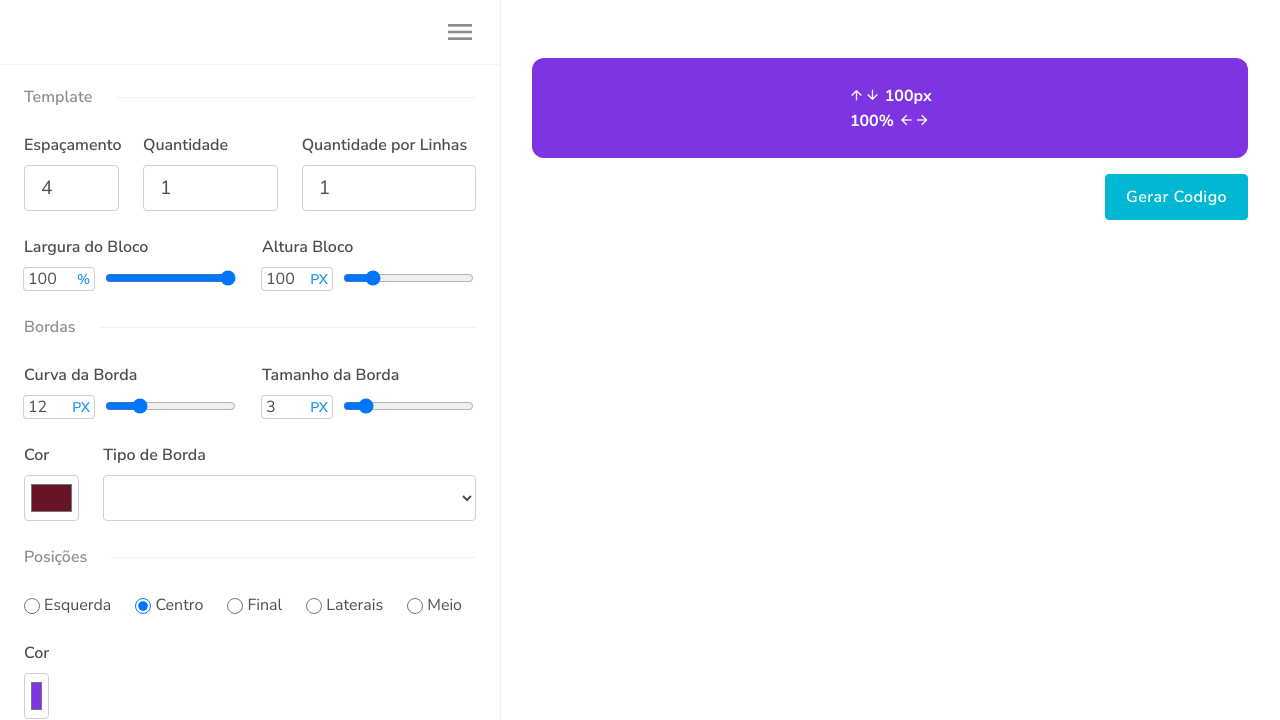
Repository: Flintdl/lowcode-elements
Page: /
An editor plug-in stored every save of this project. The page is shown before and after the next save, followed by the edit.
The browser window is 1280 px wide. The pictures show the whole page.
The project was rebuilt for these pictures with package versions that can differ from the ones it lists, and the page was loaded fresh each time. Also part of the build but not shown: vue.config.js.

Above is the page before, as saved 2022-04-05 15:44:29.

### src/assets/scss/_variables.scss
// Primarys Colors
$standardTextColor: #4d4d4d;

$primaryColor: #8e6dff;
$secondaryColor: #009997;
$buttonDisableColor: #9c9c9c;
$buttonDisableBgColor: #7676764d;

// Menu Colors

$bgMenuColor: #1d1d1d;
$linkMenuColor: #7b8089;
$iconMenuColor: #2a2a2a;
$borderMenuColor: #323232;

// Botão Colors

$btnPrimary: #00b8d4;
$btnPrimaryHover: #0085b0;

// Generics Colors

$whiteColor: #ffffff;
$mutedColor: #8f8f8f;
$cardColor: #f3f4f7;
$cardColorLight: #f9fafc;
$cardColorLightTwo: #f1f5fc;
$greyLight: #d1d1d1;

// Dropdown Colors

$dropdownHeaderColor: #5f5f5f;
$dropdownColor: #ebffff;

// State Colors

$successColor: #3dc661;
$dangerColor: #e7515a;
$warningColor: #e2a03f;
$infoColor: #2196f3;
$defaultColor: #172b4d;
$lightColor: #e0e0e0;

### src/assets/scss/standard.scss
@import "variables";

.sf-content-page {
  transition: margin-left 0.15s ease;
  margin-left: 500px;
  padding: 3.6rem 2rem;
}

input,
select {
  font-size: 1.2rem;
  font-family: "Nunito Sans", sans-serif;
  color: #4d4d4d;
  background-color: #ffffff;
  width: 100%;
  display: block;
  height: 46px;
  padding: 0 1rem;
  border-radius: 4px;
  border: 1px solid #d1d1d1;
}

input:disabled {
  background-color: $buttonDisableBgColor;
}

textarea {
  font-size: 0.875rem;
  font-family: "Nunito Sans", sans-serif;
  color: #4d4d4d;
  background-color: #ffffff;
  width: 100%;
  display: block;
  padding: 1rem;
  border-radius: 4px;
  border: 1px solid #d1d1d1;
  resize: none;
}

input[type="range"] {
  height: fit-content !important;
}

.sf-form-100 {
  width: calc(100% + 24px);
}

/* Input Radio */
.form-selectradio,
.form-selectcheckbox {
  display: flex;
}

.form-selectradiobutton,
.form-selectcheckboxbutton {
  display: inline-block;
  border-radius: 50%;
  margin: 0;
}

.form-selectradiobutton label,
.form-selectcheckboxbutton label {
  font-size: 0.875rem;
  cursor: pointer;
  display: inline-block;
  margin: 0 16px 0 8px;
  vertical-align: middle;
}

input[type="radio"],
input[type="checkbox"] {
  width: 1rem;
  height: 1rem;
  text-align: center;
  position: relative;
  border-radius: 50%;
  line-height: 16px;
  cursor: pointer;
  margin: 0;
  display: inline-block;
  vertical-align: middle;
}

input[type="checkbox"] {
  border-radius: 6px;
}

// Renderização de Consulta - Botão

.sf-action-rendered-content {
  gap: 8px;
  .sf-action-rendered-consult {
    -webkit-box-flex: 1;
    -ms-flex-positive: 1;
    flex-grow: 1;
    white-space: nowrap;
    width: auto;
    span {
      cursor: pointer;
      &:hover {
        // background-color: #27272736 !important;
        border-color: #272727 !important;
      }
      &.actived {
        // background-color: #00b8d436 !important;
        border-color: #00b8d4 !important;
        font-weight: 700;
      }
    }
  }
}

// Renderização de Consulta - Botão

// Conteúdo socio resultado

.sf-card-socio-content {
  gap: 12px;
  .sf-card-socio {
    width: 100%;
    &.actived {
      div {
        background-color: #1fbdd538;
        border-color: #00b8d4 !important;
        color: #0395ac;
      }
    }
    &:hover {
      div {
        border-color: #00b8d4 !important;
        color: #0395ac;
        cursor: pointer;
      }
    }
  }
}
// Conteúdo socio resultado

// Conteúdo contato resultado

.sf-contact-business-content {
  gap: 12px;
  &.sf-business-overflow {
    ::-webkit-scrollbar {
      background: #e0e0e0;
      height: 4px;
      width: 6px;
    }

    ::-webkit-scrollbar-thumb {
      background: #bebebe;
    }
    ::-webkit-scrollbar-track {
      background-color: #e0e0e0;
    }
    ul {
      max-height: 392px;
      overflow-y: auto;
    }
  }
  .sf-contact-content-list {
    width: 100%;
    &.content-list-segments {
      height: fit-content;
      div {
        background-color: #f5f5f5;
        width: 100%;
      }
      &.actived {
        div {
          background-color: #1fbdd538;
          border-color: #00b8d4 !important;
          color: #0395ac;
        }
      }
      &:hover {
        div {
          border-color: #00b8d4 !important;
          color: #0395ac;
          cursor: pointer;
        }
      }
    }
  }
  &.sf-content-grid {
    .sf-contact-content-list {
      flex: initial;
    }
  }
}

.information-list-business {
  .information-list-business-li {
    span {
      width: 100%;
    }
    &:nth-child(odd) {
      background-color: #79797936;
    }
  }
}

.autocomplete-items {
  position: absolute;
  border: 1px solid #d4d4d4;
  margin: 12px 12px 0;
  border-radius: 4px;
  max-height: 210px;
  overflow-y: auto;
  z-index: 99;
  top: 100%;
  left: 0;
  right: 0;
}

.autocomplete-items div {
  padding: 10px;
  cursor: pointer;
  background-color: #fff;
  border-bottom: 1px solid #d4d4d4;
  &:last-child {
    border-bottom: 0;
  }
}

.autocomplete-items div:hover {
  background-color: #e9e9e9;
}

.autocomplete-active {
  background-color: DodgerBlue !important;
  color: #ffffff;
}

@media (min-width: 731px) {
  .sf-contact-business-content {
    .sf-contact-content-list {
      width: calc(50% - 12px);
    }
    &.sf-content-grid {
      .sf-contact-content-list {
        width: calc(50% - 12px);
      }
    }
  }
  .sf-card-socio-content {
    .sf-card-socio {
      width: calc(50% - 12px);
    }
  }
}

@media (min-width: 960px) {
  .sf-contact-business-content {
    .sf-contact-content-list {
      width: calc((100% - 24px) / 3);
    }
    &.sf-content-grid {
      .sf-contact-content-list {
        width: calc((100% - 24px) / 3);
      }
    }
  }
  .sf-card-socio-content {
    .sf-card-socio {
      width: calc((100% - 24px) / 3);
    }
  }
}
@media (min-width: 1200px) {
  .sf-contact-business-content {
    .sf-contact-content-list {
      width: calc((100% - 24px) / 3);
    }
    &.sf-content-grid {
      .sf-contact-content-list {
        width: calc(100% / 4);
      }
    }
  }
  .sf-card-socio-content {
    .sf-card-socio {
      width: calc((100% - 36px) / 4);
    }
  }
}

// Conteúdo contato resultado

.sf-loading-animation {
  z-index: 999999;
  // display: none;
  height: 100px;
  width: 100px;
}

.sf-loading-input {
  height: 100%;
  width: 40px;
}

// Error Style

.sf-error-svg {
  font-size: 3rem;
  font-family: Impact, Haettenschweiler, "Arial Narrow Bold", sans-serif;
}
/*////////////////////v animation//////////////////*/
.text1 {
  fill: none;
  stroke-linejoin: round;
  stroke-dasharray: 1160;
  stroke-dashoffset: 0;
}
.text1:nth-child(3n) {
  fill: #272727;
}

.text1:nth-child(3n + 2) {
  fill: #e7515a;
}

.text2 {
  fill: #2196f3;
}
// Mesagem Box

.mensagem-box {
  position: fixed;
  overflow: hidden;
  z-index: 997;
  right: 30px;
  bottom: 30px;
}

.mensagem {
  margin-bottom: 12px;
  border-radius: 4px;
  padding: 16px 32px;
  font-size: 1rem;
  color: #fff;
  z-index: 998;
}

.mensagem:last-child {
  margin-bottom: 0;
}

.mensagem.success {
  background-color: $successColor;
}

.mensagem.error {
  background-color: $dangerColor;
}

.mensagem.warning {
  background-color: $warningColor;
}

// Mesagem Box

// Error Style

.sf-modal {
  background-color: #000;
  position: fixed;
  z-index: -1;
  display: none;
  height: 100%;
  width: 100%;
  opacity: 0;
  left: 0;
  top: 0;
  &.actived {
    background-color: gray;
    display: block;
    z-index: 9999;
    opacity: 0.8;
  }
}

### src/views/HomeView.vue
<template>
  <div>
    <div class="sf-row">
      <div
        id="sf-preview-code-content"
        class="sf-col-12 sf-mx-auto sf-position-relative"
      >
        <!-- <div class="sf-display-flex sf-flex-wrap sf-width-100">
          <div
            id="sf-grid-template"
            class="sf-grid sf-position-relative"
            :style="{
              width: cssProps.width,
              height: String(valorHeight) + 'px',
              left: inputGap / 2 + 'px',
            }"
            v-bind:key="n"
            v-for="n of quantidade"
          ></div>
        </div> -->
        <div id="sf-preview-code">
          <div
            :style="gapProps"
            :class="[
              'sf-display-flex sf-flex-wrap sf-width-100',
              'sf-justify-content-' + checkValue,
            ]"
          >
            <DivGrid
              v-bind:key="n"
              v-for="n of quantidade"
              :tamanho="String(valor)"
              :altura="String(valorHeight)"
              :cssDefinido="cssProps"
              class="sf-position-relative"
            />
          </div>
        </div>
      </div>
      <div class="sf-col-12 sf-mt-3 sf-display-flex sf-justify-content-end">
        <button class="sf-btn sf-btn-primary" @click="gerarCodigo">
          Gerar Codigo
        </button>
      </div>
    </div>
    <div class="sf-row" v-if="htmlPreviewCode">
      <div class="sf-col-12 sf-mx-auto sf-mt-5 sf-code-content">
        <div class="sf-bg-code sf-p-4 sf-border-radius">
          <code>
            <span class="sf-text-info">Código do Preview</span> <br />
            {{ htmlPreviewCode }}
          </code>
        </div>
      </div>
    </div>
  </div>
</template>

<script>
// @ is an alias to /src

import DivGrid from "@/components/templates/DivGrid.vue";

export default {
  name: "HomeView",
  data: function () {
    return {
      htmlPreviewCode: null,
    };
  },
  components: {
    DivGrid,
  },
  props: {
    valor: String,
    inputGap: String,
    quantidade: Number,
    valorHeight: String,
    quantidadeLinha: String,
    inputBorderRadius: String,
    checkValue: String,
    inputColor: String,
    inputBorder: String,
    inputBorderColor: String,
    inputBorderTipo: String,
  },
  computed: {
    cssProps() {
      return {
        width: `calc((${this.valor}% - ${this.inputGap}px * ${
          this.quantidadeLinha - "1"
        }) / ${this.quantidadeLinha})`,
        height: this.valorHeight + "px",
        "border-radius": this.inputBorderRadius + "px",
        "background-color": this.inputColor,
        border:
          this.inputBorder +
          "px" +
          " " +
          this.inputBorderTipo +
          " " +
          this.inputBorderColor,
      };
    },
    gapProps() {
      return {
        gap: this.inputGap + "px",
      };
    },
  },
  methods: {
    gerarCodigo() {
      this.htmlPreviewCode =
        document.getElementById("sf-preview-code").innerHTML;
    },
  },
};
</script>

<style>
#sf-grid-template:after {
  content: "";
  width: 100%;
  height: 150%;
  top: -25%;
  background-color: #ff008c0a;
  border: 1px solid rgba(255, 0, 140, 0.103);
  border-left: 2px solid #ff008c38;
  border-right: 2px solid #ff008c38;
  position: absolute;
}
</style>

### src/components/templates/InputGapTemplate.vue
<template>
  <div class="sf-col-3 sf-form-group">
    <label class="sf-label">Espaçamento</label>
    <input
      type="number"
      min="1"
      max="12"
      value="2"
      id="inputGap"
      v-model="valor"
      class="filter-states sf-text-capitalize"
      placeholder="Quantidade de Blocos"
    />
  </div>
</template>

<script>
export default {
  props: {
    valorInput: String,
  },
  computed: {
    valor: {
      get() {
        var inp = this.valorInput;
        return inp;
      },
      set(valorInput) {
        this.$emit("callback", valorInput);
      },
    },
  },
};
</script>

<style></style>

### src/components/templates/InputQuantidadeTemplate.vue
<template>
  <div class="sf-col-4 sf-form-group">
    <label class="sf-label">Quantidade</label>
    <input
      type="number"
      value="1"
      id="inputQuantidade"
      v-model="valor"
      class="filter-states sf-text-capitalize"
      placeholder="Quantidade de Blocos"
    />
  </div>
</template>

<script>
export default {
  props: {
    valorInput: String,
  },
  computed: {
    valor: {
      get() {
        var inp = this.valorInput;
        return inp;
      },
      set(valorInput) {
        this.$emit("callback", valorInput);
      },
    },
  },
};
</script>

<style></style>

### src/components/templates/InputQuantLinhasTemplate.vue
<template>
  <div class="sf-col-5 sf-form-group">
    <label class="sf-label">Quantidade por Linhas</label>
    <input
      type="number"
      min="1"
      max="12"
      value="1"
      id="inputQuantidadeLinha"
      v-model="valor"
      class="filter-states sf-text-capitalize"
      placeholder="Quantidade Linha"
    />
  </div>
</template>

<script>
export default {
  props: {
    valorInput: String,
  },
  computed: {
    valor: {
      get() {
        var inp = this.valorInput;
        return inp;
      },
      set(valorInput) {
        this.$emit("callback", valorInput);
      },
    },
  },
};
</script>

<style></style>

### src/components/templates/InputLarguraBloco.vue
<template>
  <div class="sf-col-6 sf-form-group">
    <label class="sf-label">Largura do Bloco</label>
    <div class="sf-input-group">
      <div
        class="sf-input-group-append sf-display-flex sf-justify-content-center"
      >
        <div
          class="sf-display-flex sf-align-items-center sf-justify-content-center sf-border-left-0 sf-border-radius sf-border-radius-left-0 sf-pr-2 sf-text-info sf-font-weight-bold sf-min-80-px"
        >
          <div class="sf-input-group">
            <input
              type="number"
              value="1"
              min="1"
              max="100"
              v-model="valor"
              class="sf-text-md sf-height-fit-content sf-pr-0 sf-pl-1 sf-border-right-0 sf-border-radius-right-0 sf-text-capitalize"
              placeholder="Curva da Borda"
            />
            <div
              class="sf-input-group-append sf-display-flex sf-justify-content-center"
            >
              <div
                class="sf-display-flex sf-align-items-center sf-border sf-justify-content-center sf-border-left-0 sf-border-radius sf-border-radius-left-0 sf-pr-1 sf-text-info sf-font-weight-bold sf-text-sm"
              >
                %
              </div>
            </div>
          </div>
        </div>
      </div>
      <input
        type="range"
        min="10"
        max="100"
        value="10"
        id="inputRange"
        v-model="valor"
        class="sf-px-0 sf-border-right-0 sf-border-radius-right-0 sf-text-capitalize"
      />
    </div>
  </div>
</template>

<script>
export default {
  props: {
    valorInput: String,
  },
  computed: {
    valor: {
      get() {
        var inp = this.valorInput;
        return inp;
      },
      set(valorInput) {
        this.$emit("callback", valorInput);
      },
    },
  },
};
</script>

<style></style>

### src/components/templates/InputAlturaBloco.vue
<template>
  <div class="sf-col-6 sf-form-group">
    <label class="sf-label">Altura Bloco</label>
    <div class="sf-input-group">
      <div
        class="sf-input-group-append sf-display-flex sf-justify-content-center"
      >
        <div
          class="sf-display-flex sf-align-items-center sf-justify-content-center sf-border-left-0 sf-border-radius sf-border-radius-left-0 sf-pr-2 sf-text-info sf-font-weight-bold sf-min-80-px"
        >
          <div class="sf-input-group">
            <input
              type="number"
              value="1"
              min="1"
              max="500"
              v-model="valor"
              class="sf-text-md sf-height-fit-content sf-pr-0 sf-pl-1 sf-border-right-0 sf-border-radius-right-0 sf-text-capitalize"
              placeholder="Curva da Borda"
            />
            <div
              class="sf-input-group-append sf-display-flex sf-justify-content-center"
            >
              <div
                class="sf-display-flex sf-align-items-center sf-border sf-justify-content-center sf-border-left-0 sf-border-radius sf-border-radius-left-0 sf-pr-1 sf-text-info sf-font-weight-bold sf-text-sm"
              >
                PX
              </div>
            </div>
          </div>
        </div>
      </div>
      <input
        type="range"
        min="10"
        max="500"
        id="valorHeight"
        v-model="valor"
        class="sf-px-0 sf-border-right-0 sf-border-radius-right-0 sf-text-capitalize"
      />
    </div>
  </div>
</template>

<script>
export default {
  props: {
    valorInput: String,
  },
  computed: {
    valor: {
      get() {
        var inp = this.valorInput;
        return inp;
      },
      set(valorInput) {
        this.$emit("callback", valorInput);
      },
    },
  },
};
</script>

<style></style>

### src/components/templates/InputBorderRadiusBloco.vue
<template>
  <div class="sf-col-6 sf-form-group">
    <label class="sf-label">Curva da Borda</label>
    <div class="sf-input-group">
      <div
        class="sf-input-group-append sf-display-flex sf-justify-content-center"
      >
        <div
          class="sf-display-flex sf-align-items-center sf-justify-content-center sf-border-left-0 sf-border-radius sf-border-radius-left-0 sf-pr-2 sf-text-info sf-font-weight-bold sf-min-80-px"
        >
          <div class="sf-input-group">
            <input
              type="number"
              value="1"
              min="1"
              max="50"
              v-model="valor"
              class="sf-text-md sf-height-fit-content sf-pr-0 sf-pl-1 sf-border-right-0 sf-border-radius-right-0 sf-text-capitalize"
              placeholder="Curva da Borda"
            />
            <div
              class="sf-input-group-append sf-display-flex sf-justify-content-center"
            >
              <div
                class="sf-display-flex sf-align-items-center sf-border sf-justify-content-center sf-border-left-0 sf-border-radius sf-border-radius-left-0 sf-pr-1 sf-text-info sf-font-weight-bold sf-text-sm"
              >
                PX
              </div>
            </div>
          </div>
        </div>
      </div>
      <input
        type="range"
        value="1"
        min="1"
        max="50"
        id="inputBorderRadius"
        v-model="valor"
        class="sf-px-0 sf-border-right-0 sf-border-radius-right-0 sf-text-capitalize"
        placeholder="Curva da Borda"
      />
    </div>
  </div>
</template>

<script>
export default {
  props: {
    valorInput: String,
  },
  computed: {
    valor: {
      get() {
        var inp = this.valorInput;
        return inp;
      },
      set(valorInput) {
        this.$emit("callback", valorInput);
      },
    },
  },
};
</script>

<style></style>

### src/components/templates/InputBorderBloco.vue
<template>
  <div class="sf-col-6 sf-form-group">
    <label class="sf-label">Tamanho da Borda</label>
    <div class="sf-input-group">
      <div
        class="sf-input-group-append sf-display-flex sf-justify-content-center"
      >
        <div
          class="sf-display-flex sf-align-items-center sf-justify-content-center sf-border-left-0 sf-border-radius sf-border-radius-left-0 sf-pr-2 sf-text-info sf-font-weight-bold sf-min-80-px"
        >
          <div class="sf-input-group">
            <input
              type="number"
              value="1"
              min="1"
              max="50"
              v-model="valor"
              class="sf-text-md sf-height-fit-content sf-pr-0 sf-pl-1 sf-border-right-0 sf-border-radius-right-0 sf-text-capitalize"
              placeholder="Curva da Borda"
            />
            <div
              class="sf-input-group-append sf-display-flex sf-justify-content-center"
            >
              <div
                class="sf-display-flex sf-align-items-center sf-border sf-justify-content-center sf-border-left-0 sf-border-radius sf-border-radius-left-0 sf-pr-1 sf-text-info sf-font-weight-bold sf-text-sm"
              >
                PX
              </div>
            </div>
          </div>
        </div>
      </div>
      <input
        type="range"
        value="1"
        min="0"
        max="24"
        id="inputBorder"
        v-model="valor"
        class="sf-px-0 sf-border-right-0 sf-border-radius-right-0 sf-text-capitalize"
        placeholder="Curva da Borda"
      />
    </div>
  </div>
</template>

<script>
export default {
  props: {
    valorInput: String,
  },
  computed: {
    valor: {
      get() {
        var inp = this.valorInput;
        return inp;
      },
      set(valorInput) {
        this.$emit("callback", valorInput);
      },
    },
  },
};
</script>

<style></style>

### src/components/templates/InputPosicaoBloco.vue
<template>
  <div class="sf-row">
    <div class="sf-col-12 sf-form-group">
      <span
        class="sf-text-md sf-font-weight-bold sf-text-muted sf-display-flex sf-align-items-center"
      >
        Posições
        <hr class="sf-width-100 sf-ml-4" />
      </span>
    </div>
    <div class="sf-col-auto sf-form-group">
      <input
        id="start"
        type="radio"
        name="positionDivs"
        v-model="valor"
        value="start"
        checked
      />
      <label for="start"> Esquerda</label>
    </div>

    <div class="sf-col-auto sf-form-group">
      <input
        type="radio"
        id="center"
        name="positionDivs"
        v-model="valor"
        value="center"
      />
      <label for="center"> Centro</label>
    </div>

    <div class="sf-col-auto sf-form-group">
      <input
        type="radio"
        id="end"
        name="positionDivs"
        v-model="valor"
        value="end"
      />
      <label for="end"> Final</label>
    </div>
    <div class="sf-col-auto sf-form-group">
      <input
        type="radio"
        id="between"
        name="positionDivs"
        v-model="valor"
        value="between"
      />
      <label for="between"> Laterais</label>
    </div>
    <div class="sf-col-auto sf-form-group">
      <input
        type="radio"
        id="around"
        name="positionDivs"
        v-model="valor"
        value="around"
      />
      <label for="around"> Meio</label>
    </div>
  </div>
</template>

<script>
export default {
  props: {
    valorInput: String,
  },
  computed: {
    valor: {
      get() {
        var inp = this.valorInput;
        return inp;
      },
      set(valorInput) {
        this.$emit("callback", valorInput);
      },
    },
  },
};
</script>

<style></style>

### src/components/templates/InputBorderCorBloco.vue
<template>
  <div class="sf-col sf-form-group">
    <label class="sf-label">Cor</label>
    <input
      type="color"
      id="inputBorderColor"
      v-model="valor"
      class="sf-p-1 sf-text-capitalize"
      placeholder="Quantidade de Blocos"
    />
  </div>
</template>

<script>
export default {
  props: {
    valorInput: String,
  },
  computed: {
    valor: {
      get() {
        var inp = this.valorInput;
        return inp;
      },
      set(valorInput) {
        this.$emit("callback", valorInput);
      },
    },
  },
};
</script>

<style></style>

### src/components/templates/InputBorderTipoBloco.vue
<template>
  <div class="sf-col-10 sf-form-group">
    <label class="sf-label">Tipo de Borda</label>
    <select
      id="inputBorderTipo"
      v-model="control"
      :items="items"
      item-text="label"
      item-value="value"
      @change="onSelectType"
      class="sf-text-capitalize"
    >
      <option v-bind:key="item.value" :value="item.id" v-for="item of items">
        {{ item.value }}
      </option>
    </select>
  </div>
</template>

<script>
export default {
  props: {
    valorInput: String,
  },
  data: () => {
    return {
      items: [
        { label: "Solid", value: "solid" },
        { label: "Dashed", value: "dashed" },
      ],
    };
  },
  computed: {
    control: {
      get() {
        var inp = this.valorInput;
        return inp;
      },
      set(valorInput) {
        this.$emit("callback", valorInput);
      },
    },
  },
  methods: {
    onSelectType(event) {
      this.$emit("change", event);
    },
  },
};
</script>

<style></style>

### src/components/templates/DivGrid.vue
<template>
  <div class="sf-position-relative sf-overflow-hidden" :style="cssDefinido">
    <span
      class="sf-position-absolute sf-centerAbsolute-xy sf-text-white sf-font-weight-extra-bold sf-text-center"
      :style="tamanho"
    >
      <i
        class="mdi mdi-arrow-up sf-text-md sf-text-white sf-dropdown-action"
      ></i>
      <i
        class="mdi mdi-arrow-down sf-text-md sf-text-white sf-dropdown-action"
      ></i>
      {{ altura }}px <br />

      {{ tamanho }}%
      <i
        class="mdi mdi-arrow-left sf-text-md sf-text-white sf-dropdown-action"
      ></i>
      <i
        class="mdi mdi-arrow-right sf-text-md sf-text-white sf-dropdown-action"
      ></i>
    </span>
  </div>
</template>

<script>
export default {
  props: {
    cssDefinido: Object,
    tamanho: String,
    altura: String,
  },
};
</script>

<style></style>

Loaded but not shown: public/index.html (common file); src/main.js (common file); src/App.vue (common file); src/registerServiceWorker.js (common file); src/router/index.js (common file); src/assets/scss/materialdesignicons.scss (9 lines, source omitted); src/assets/scss/style.scss (4097 lines, source omitted); src/assets/scss/menu.scss (396 lines, source omitted); src/components/Menu/MenuTemplate.vue (249 lines, source omitted)

After the next save:
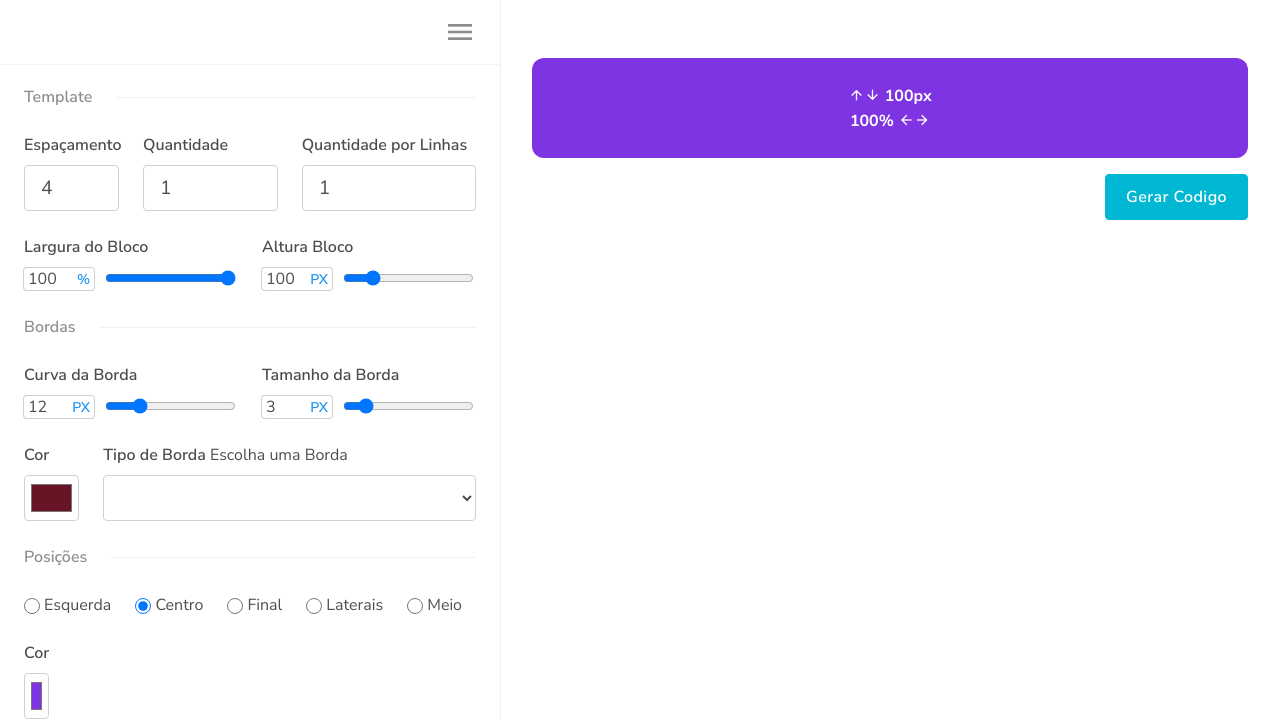
Saved 51 s later.
--- a/src/components/templates/InputBorderTipoBloco.vue
+++ b/src/components/templates/InputBorderTipoBloco.vue
@@ -1,6 +1,7 @@
 <template>
   <div class="sf-col-10 sf-form-group">
     <label class="sf-label">Tipo de Borda</label>
+    {{ valorInput }}
     <select
       id="inputBorderTipo"
       v-model="control"
